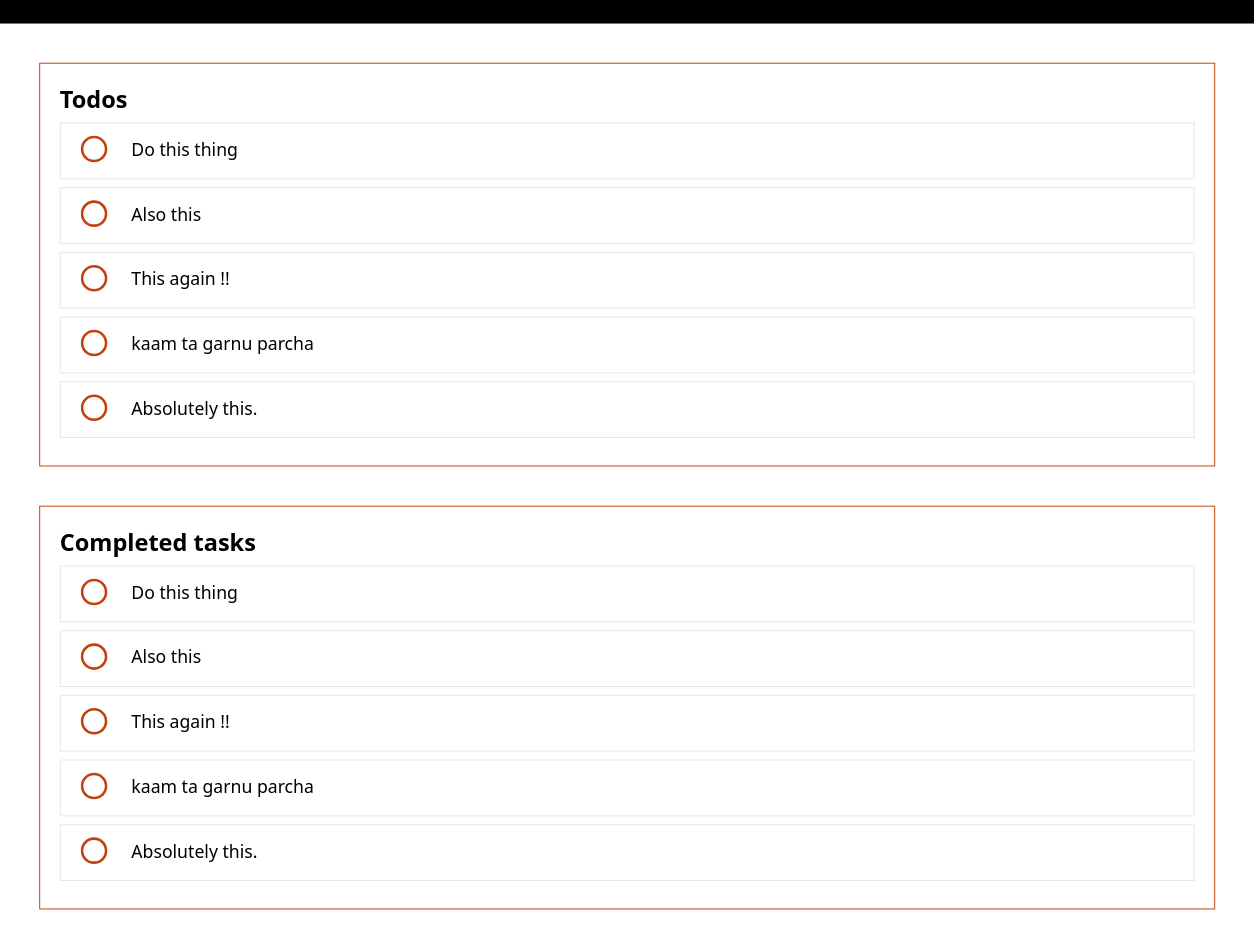
Repository: thekingisherenow/personalTodo
Page: /
An editor plug-in stored every save of this project. The page is shown before and after the next save, followed by the edit.
The browser window is 1280 px wide. The pictures show the whole page, at 98% of full size.
The project was rebuilt for these pictures with package versions that can differ from the ones it lists, and the page was loaded fresh each time. The framework's server and built-in components were replaced by stand-ins that run in the browser. Also part of the build but not shown: next.config.js, styles/Home.module.css.

Above is the page before, as saved 2022-12-15 19:37:49.

After the next save:
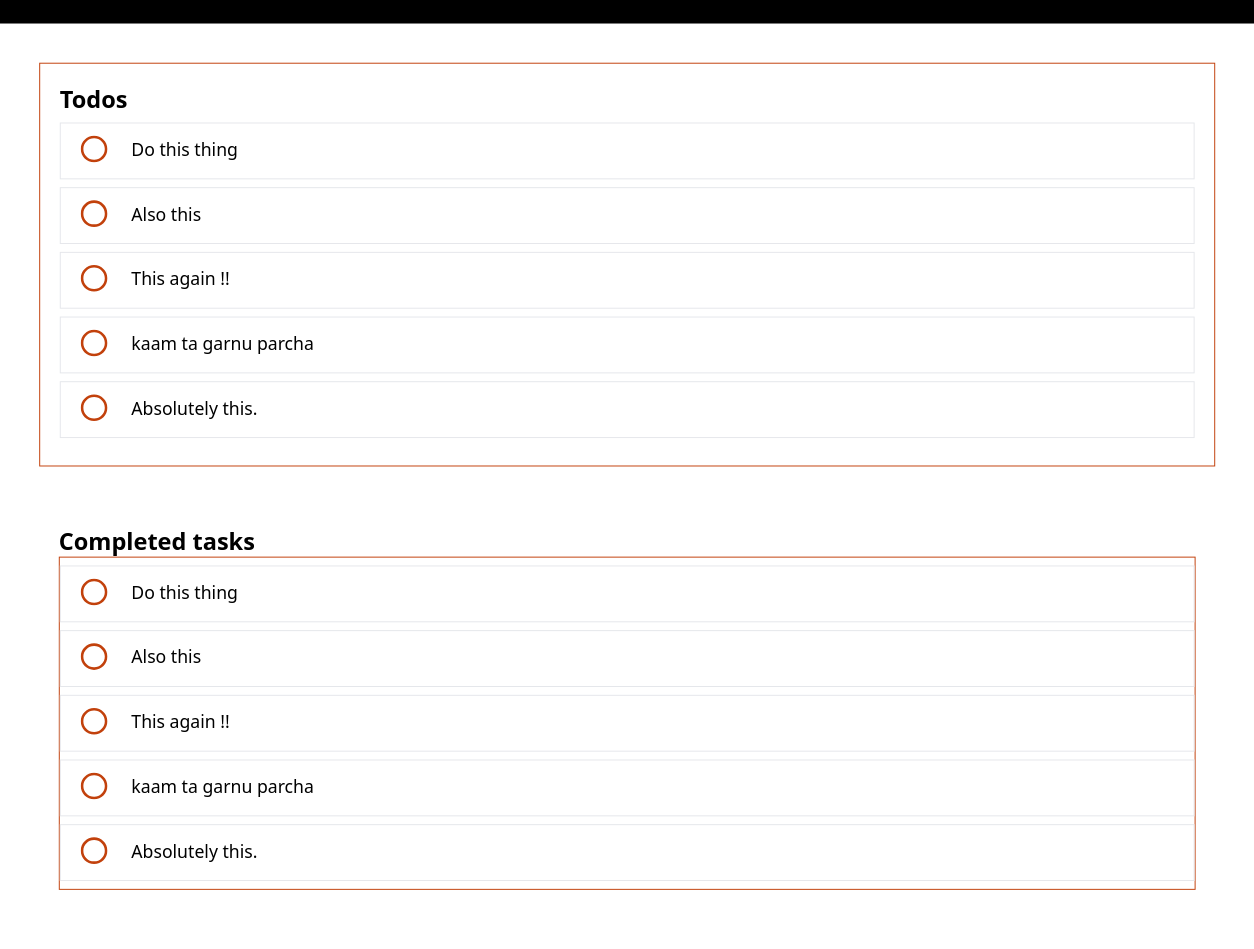
Saved 16 s later.
--- a/components/CompletedTodos.js
+++ b/components/CompletedTodos.js
@@ -5,10 +5,10 @@ function Completed() {
   const [todolist, setTodolist] = useState([ "Do this thing","Also this", "This again !!" ,"kaam ta garnu parcha","Absolutely this."])
 
   return (
-    <div className='p-5 m-10 border border-orange-700'>
+    <div className='p-5 m-10 '>
       <button className='font-bold text-2xl'>Completed tasks</button>
 
-      <div>
+      <div className='border border-orange-700'>
             {todolist.length? todolist.map((todo,index)=>{
                 return(
                     <CompletedTodo key={index} index={index} todo={todo}  />
